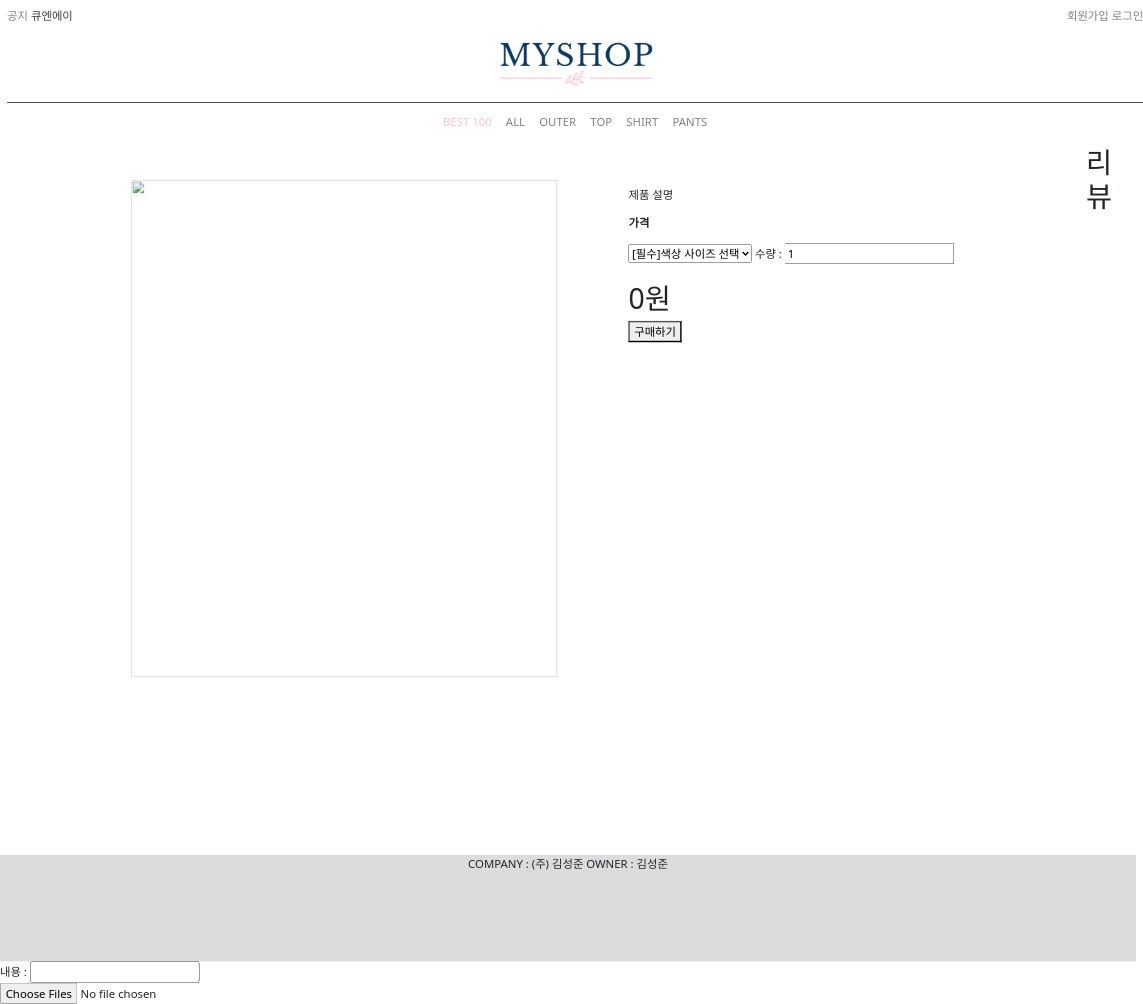
Repository: kkj53051000/MyShop
Page: http://localhost/myshop/WEB-INF/views/product-page.jsp
The author's editor kept a copy of each file at every save. The page is drawn from the files as they stood at one save, then again after the next save.
The browser window is 1280 px wide. The page is 1610 px wide, so the pictures cover 1610 px, including what lies to the right of the window. The pictures show the whole page, at 71% of full size.
The page is served by Tomcat 9. Nobody is signed in. Other server files are loaded and not shown. The template is opened directly, without the code that normally fills it, so the values that code supplies are empty.

Above is the page before, as saved 2021-02-27 06:40:47.

### myshop/src/main/webapp/WEB-INF/views/product-page.jsp
<%@ page language="java" contentType="text/html; charset=UTF-8"
    pageEncoding="UTF-8"%>
<!DOCTYPE html>
<html>
<head>
	<meta charset="UTF-8">
	<title>Insert title here</title>
	<style>
		.product_wrap{
			height: 1000px;
			width: 100%;

			display: flex;
			flex-direction: row;

			min-width: 1600px;
		}
		.product_top{
			width: 100%;
			margin-top: 50px;

			display: flex;
			flex-direction: row;
			justify-content: center;
		}
		.prdout_img{
			height: 700px;
			width: 600px;
		}
		.product_data{
			margin-left: 100px;
		}
		.cancel_button{

		}
		.pdom{
			display: inline-block;
			margin-right: 10px;
		}
	</style>
</head>
<body>
	<%@ include file="common/header.jsp" %>
	<div class="product_wrap">
		<div class="product_top">
			<div>
				<img class="prdout_img" src="${product.img_src}"/>
			</div>
			<div class="product_data">
				<div class="product_name">
					<h1>${product.name}</h1>
				</div>
				<div class="product_info">
					<p>제품 설명</p>
					<p>${product.info}</p>
					<b>가격</b> <p>${product.price}</p>
				</div>
				<div class="product_order" data-price="${product.price}">
				<!-- <form action="/order" method="GET"> -->
					<select name="productinfo_id" id="info">
						<option class="choice" value="none">[필수]색상 사이즈 선택</option>
						<c:forEach var="info" items="${productinfo}">
							<c:if test="${info.add_price < 1}">
								<option class="choice" value="${info.id}" data-productid="${product.id}" data-addprice="${info.add_price}">색상 : ${info.color} 사이즈 : ${info.size}</option>
							</c:if>
				       		<c:if test="${info.add_price >= 1}">
								<option class="choice" value="${info.id}" data-productid="${product.id}" data-addprice="${info.add_price}">색상 : ${info.color} 사이즈 : ${info.size} (+ ${info.add_price} 원)</option>
							</c:if>
				        </c:forEach>
			    	</select>
			    	수량 : <input class="amount" name="amount" value="1"/>
					<br/><br/>
					<div class='result'></div>
					<div class='price'></div>
					<button class="orderBtn">구매하기</button>
				<!-- </form> -->
				</div>
			</div>
		</div>
		<h1>리뷰</h1>

	</div>
	<%@ include file="common/footer.jsp" %>
	<%@ include file="review-upload.jsp" %>


	<script src="https://code.jquery.com/jquery-3.5.1.js"></script>
	<script>
	  	const myList = [];
	  	var price = 0

	  	const priceDOM = document.createElement('h1')
		priceDOM.innerText = price + "원"
		document.querySelector('.price').appendChild(priceDOM)


	  	function update() {
	  	}

	  	document.querySelector("#info").addEventListener('change', function() {



	  		const check = 0

	  		var productOrderDIV = document.querySelector(".product_order")
	  		var product_price = Number(productOrderDIV.getAttribute('data-price'))


	  		var product_id = document.querySelector("#info").value;
	  		var product = document.querySelector("#info")
	  		var pr_id = product.options[product.selectedIndex].getAttribute('data-productid');
	  		var pr_addPrice = Number(product.options[product.selectedIndex].getAttribute('data-addprice'));
	  		var product_text = product.options[product.selectedIndex].text
	  		var amount = document.querySelector(".amount").value;


	  		var priceDIV = document.querySelector(".price")



	  		if(myList.length >= 1){
	  			for(var i in myList){

		  			//alert('키 값 : ' + i + ', 속성 값 :'  + myList[i].productId)

		  			if(myList[i].productId  == product_id){
		  				alert("이미 선택된 상품 입니다.")
		  				check = 1
		  			}

		  		}

	  		}


	  		if(product_id !== 'none' && check == 0){
	  			const tempList = {};

	  			tempList.productId = product_id
	  			tempList.amount = amount

	  			myList.push(tempList)

	  			console.log(myList)



	  			const brDOM = document.createElement('br')

	  			const pDOM = document.createElement('p')
	  			pDOM.innerText = product_text + " | 수량 : " + amount;
	  			pDOM.className = 'pdom'

	  			const cancelDOM = document.createElement('button')

	  			cancelDOM.innerText = "삭제"
	  			cancelDOM.className = 'cancel_button'
	  			cancelDOM.id = myList.length - 1



	  			price = price + product_price
	  			console.log(price)
	  			//추가 가격 부분
		  		if(pr_addPrice >= 1){
		  			price += pr_addPrice
		  		}

	  			priceDOM.innerText = price + "원"

	            document.querySelector('.result').appendChild(pDOM)
	            document.querySelector('.result').appendChild(cancelDOM)
	            document.querySelector('.result').appendChild(brDOM)

	           	$(".price").empty();
	            document.querySelector('.price').appendChild(priceDOM)


	  			cancelDOM.addEventListener('click', function() {
	  				var resultDIV = document.querySelector(".result")
	  				var cancelID = Number(cancelDOM.getAttribute('id'))

	  				resultDIV.removeChild(cancelDOM)
	  				resultDIV.removeChild(pDOM)
	  				resultDIV.removeChild(brDOM)

	  				myList.splice(cancelID, 1)
	  				console.log(myList)

	  				price = price - product_price
	  				//추가 가격 부분
			  		if(pr_addPrice >= 1){
			  			price -= pr_addPrice
			  		}
	  				priceDOM.innerText = price + "원"
	  				$(".price").empty();
	           		document.querySelector('.price').appendChild(priceDOM)

	  			})
	  		}
	  	})


	  	document.querySelector(".orderBtn").addEventListener('click', function() {
	  		console.log(myList)

	  		$.ajax({
	  	        url: "http://localhost:8080/order",
	  	        type: "POST",
	  	        dataType: "json",
	  	        contentType: "application/json",
	  	        data: JSON.stringify(myList),
	  	        success: function(data) {
	  	        	 window.location.href("/product?id=" + pr_id);
	  	        },
	  	        error: function(jqXHR, textStatus, errorThrown) {
	  	            // 에러 로그는 아래처럼 확인해볼 수 있다.
	  	            //alert("업로드 에러\ncode : " + jqXHR.status + "\nerror message : " + jqXHR.responseText);
	  	        }
		  	});

	  	})

	  	</script>
</body>
</html>

### myshop/src/main/webapp/WEB-INF/views/common/header.jsp
<%@ page language="java" contentType="text/html; charset=UTF-8" pageEncoding="UTF-8"%>
<%@ taglib prefix="c" uri="http://java.sun.com/jsp/jstl/core" %>
<!DOCTYPE html>
<html>
<head>
	<meta charset="UTF-8">
	<title>Header</title>
	<style>
		.header{
			margin: 10px;

			min-width: 1600px;
		}
		.header_top{
			display: flex;
			flex-direction: row;
			justify-content: space-between;

			color: #3c3c3c;
		}
		.header_center{
			display: flex;
			justify-content: center;
			margin-bottom: 5px;
			border-bottom: 1px solid black;
		}
		.header_center_img{
			height: 100px;
		}
		.header_left{

		}
		.header_right{

		}
		.header_footer{

			width: 100%;
			display: flex;
			justify-content: center;

			<!-- position: fixed; -->


			color: #828282;
		}
		.header_footer > span{
			margin: 10px;
		}
		img{
			margin-bottom: 10px;
		}

		a:link {text-decoration:none; color: #828282;}
		a:visited {text-decoration:none; color: #828282;}
		a:hover {text-decoration:none; color: #828282;}
	</style>
	<link href="https://cdn.jsdelivr.net/npm/bootstrap@5.0.0-beta2/dist/css/bootstrap.min.css" rel="stylesheet" integrity="sha384-BmbxuPwQa2lc/FVzBcNJ7UAyJxM6wuqIj61tLrc4wSX0szH/Ev+nYRRuWlolflfl" crossorigin="anonymous">
</head>
<body>
	<div class="header">
		<div class="header_top">
			<div class="header_left">
				<span><a href="/notice/list">공지</a></span>
				<span>큐엔에이</span>
			</div>
			<div class="header_right">
				<c:if test="${user.role == 'USER'}">
					<!-- user, admin Check -->
				</c:if>

				<c:if test="${user == null}">
					<span><a href="/join">회원가입</a></span>
					<span><a href="/login">로그인</a></span>
				</c:if>
				<c:if test="${user != null}">
					<strong>관리자</strong>
					<span><a href="/admin/product-list">제품상세등록</a></span>
					<span><a href="/product-upload">제품등록</a></span>
					<span><a href="/order/list">주문내역</a></span>
					<span><a href="##">카트</a></span>
					<span><a href="##">마이페이지</a></span>
					<span><a href="/user/logout">로그아웃</a></span>
				</c:if>
			</div>
		</div>
		<div class="header_center">
			<a href="/"><img class="header_center_img" src="/public/upload/logo.jpg"/></a>
		</div>
		<div class="header_footer">
			<span><a href="####" style="color: #ffc0cb;">BEST 100</a></span>
			<span><a href="/product/list?category=ALL">ALL</a></span>
			<span><a href="/product/list?category=OUTER">OUTER</a></span>
			<span><a href="/product/list?category=TOP">TOP</a></span>
			<span><a href="/product/list?category=SHIRT">SHIRT</a></span>
			<span><a href="/product/list?category=PANTS">PANTS</a></span>
		</div>
	</div>
</body>
</html>

### myshop/src/main/webapp/WEB-INF/views/common/footer.jsp
<%@ page language="java" contentType="text/html; charset=UTF-8"
    pageEncoding="UTF-8"%>
<!DOCTYPE html>
<html>
<head>
	<meta charset="UTF-8">
	<title>Insert title here</title>
	<style>
		.footer{
			display: flex;
			justify-content: center;
			background-color: #dcdcdc;
			height: 150px;

			min-width: 1600px;
		}
	</style>
</head>
<body>
	<div class="footer">
		<span>COMPANY : (주) 김성준 OWNER : 김성준</span>
	</div>
</body>
</html>

### myshop/src/main/webapp/WEB-INF/views/review-upload.jsp
<%@ page language="java" contentType="text/html; charset=UTF-8"
    pageEncoding="UTF-8"%>
<!DOCTYPE html>
<html>
<head>
<meta http-equiv="Content-Type" content="text/html; charset=UTF-8">
<meta charset="UTF-8">
<title>Insert title here</title>
</head>
<body>

	<div>
		<div>
			<form>
				내용 : <input name="content"/><br/>
				<input name="img" type="file" multiple="multiple"/>
				<input name="productid" type="hidden"/>
			</form>
		</div>
	</div>

</body>
</html>

After the next save:
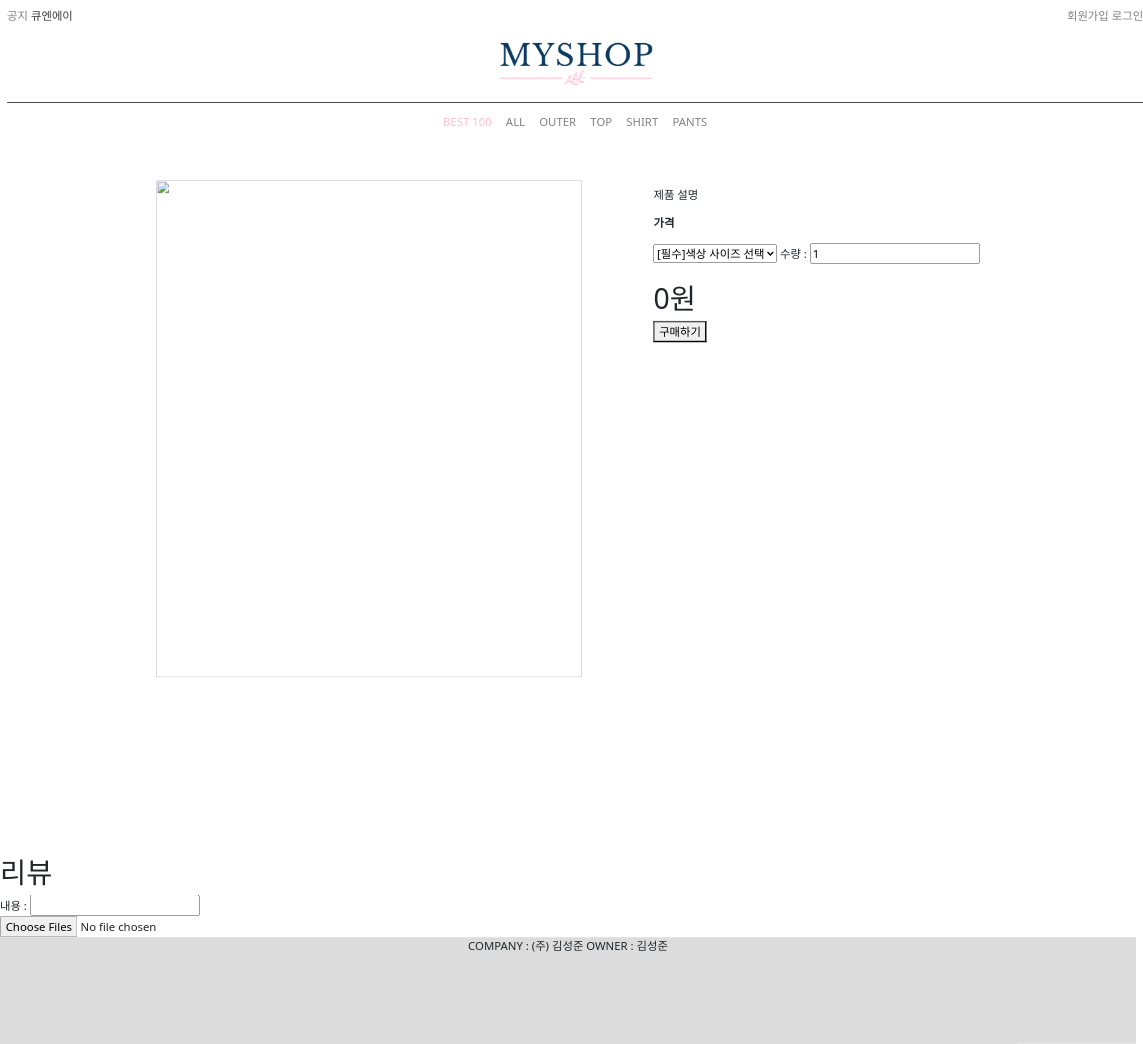
Saved 11 s later.
--- a/myshop/src/main/webapp/WEB-INF/views/product-page.jsp
+++ b/myshop/src/main/webapp/WEB-INF/views/product-page.jsp
@@ -77,12 +77,12 @@
 				</div>
 			</div>
 		</div>
-		<h1>리뷰</h1>
+
 
 	</div>
+	<h1>리뷰</h1>
+	<%@ include file="review-upload.jsp" %>
 	<%@ include file="common/footer.jsp" %>
-	<%@ include file="review-upload.jsp" %>
-
 
 	<script src="https://code.jquery.com/jquery-3.5.1.js"></script>
 	<script>
